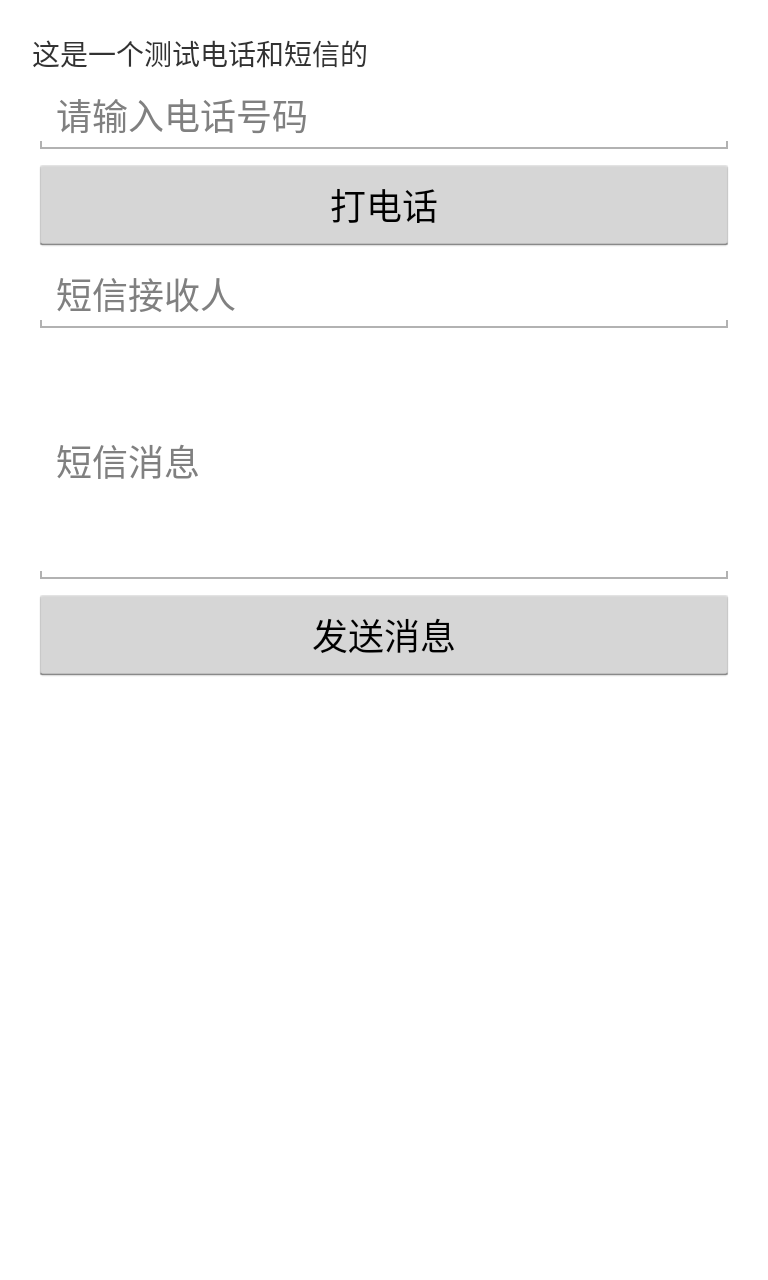
Repository: qwer2714856/Android_learn
Layout: phoneAndMessageLx/res/layout/activity_main.xml
These files come from the project's save history. The layout is drawn as it stood at one moment and after the next save; the edit follows.
It is drawn on a 768 x 1280 px phone screen (xhdpi) without system bars, with theme AppTheme; the app's code is not run.

Above is the layout before, as saved 2015-09-25 03:45:38.

### phoneAndMessageLx/res/layout/activity_main.xml
<LinearLayout xmlns:android="http://schemas.android.com/apk/res/android"
    xmlns:tools="http://schemas.android.com/tools"
    android:layout_width="match_parent"
    android:layout_height="match_parent"
    android:paddingBottom="@dimen/activity_vertical_margin"
    android:paddingLeft="@dimen/activity_horizontal_margin"
    android:paddingRight="@dimen/activity_horizontal_margin"
    android:paddingTop="@dimen/activity_vertical_margin"
    tools:context="com.theadventus.phoneandmessagelx.MainActivity"
    android:orientation="vertical"
    >

    <TextView
        android:layout_width="wrap_content"
        android:layout_height="wrap_content"
        android:text="这是一个测试电话和短信的" />

    <EditText
        android:layout_width="match_parent"
        android:layout_height="wrap_content"
        android:hint="请输入电话号码"
        android:id="@+id/callNumber"
        />
    <Button
        android:layout_width="match_parent"
        android:layout_height="wrap_content"
        android:text="打电话"
        android:onClick="call"
        />
    <EditText
        android:layout_width="match_parent"
        android:layout_height="wrap_content"
        android:hint="短信接收人"
        android:id="@+id/messagepeople"
        />

    <EditText
        android:layout_width="match_parent"
        android:layout_height="wrap_content"
        android:hint="短信消息"
        android:id="@+id/message"
        android:lines="5"
        />
    <Button
        android:layout_width="match_parent"
        android:layout_height="wrap_content"
        android:text="发送消息"
        android:onClick="call"
        />

</LinearLayout>

Loaded but not shown: phoneAndMessageLx/res/values/styles.xml (common file); phoneAndMessageLx/res/values-v11/styles.xml (common file); phoneAndMessageLx/res/values-v14/styles.xml (common file); phoneAndMessageLx/res/values/dimens.xml (common file); phoneAndMessageLx/res/values-w820dp/dimens.xml (common file)

After the next save:
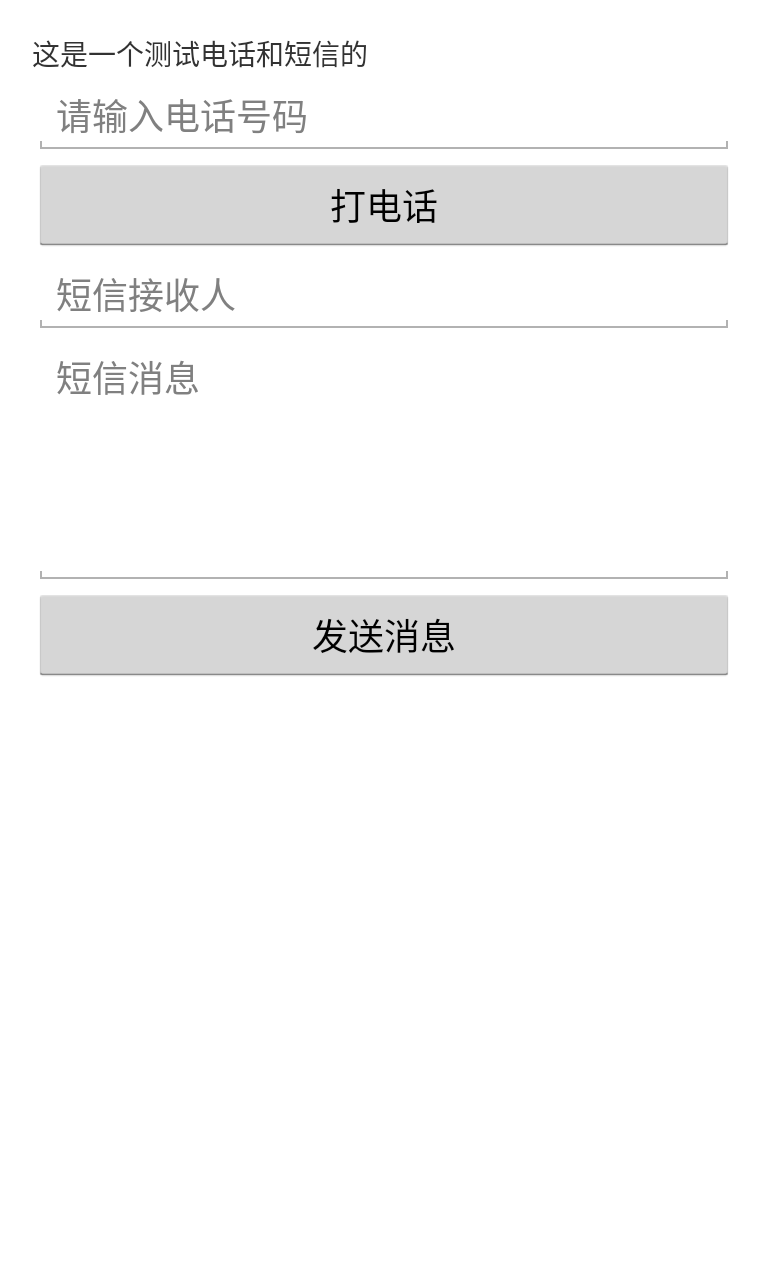
Saved 11 s later.
--- a/phoneAndMessageLx/res/layout/activity_main.xml
+++ b/phoneAndMessageLx/res/layout/activity_main.xml
@@ -40,6 +40,7 @@
         android:hint="短信消息"
         android:id="@+id/message"
         android:lines="5"
+        android:gravity="top"
         />
     <Button
         android:layout_width="match_parent"
